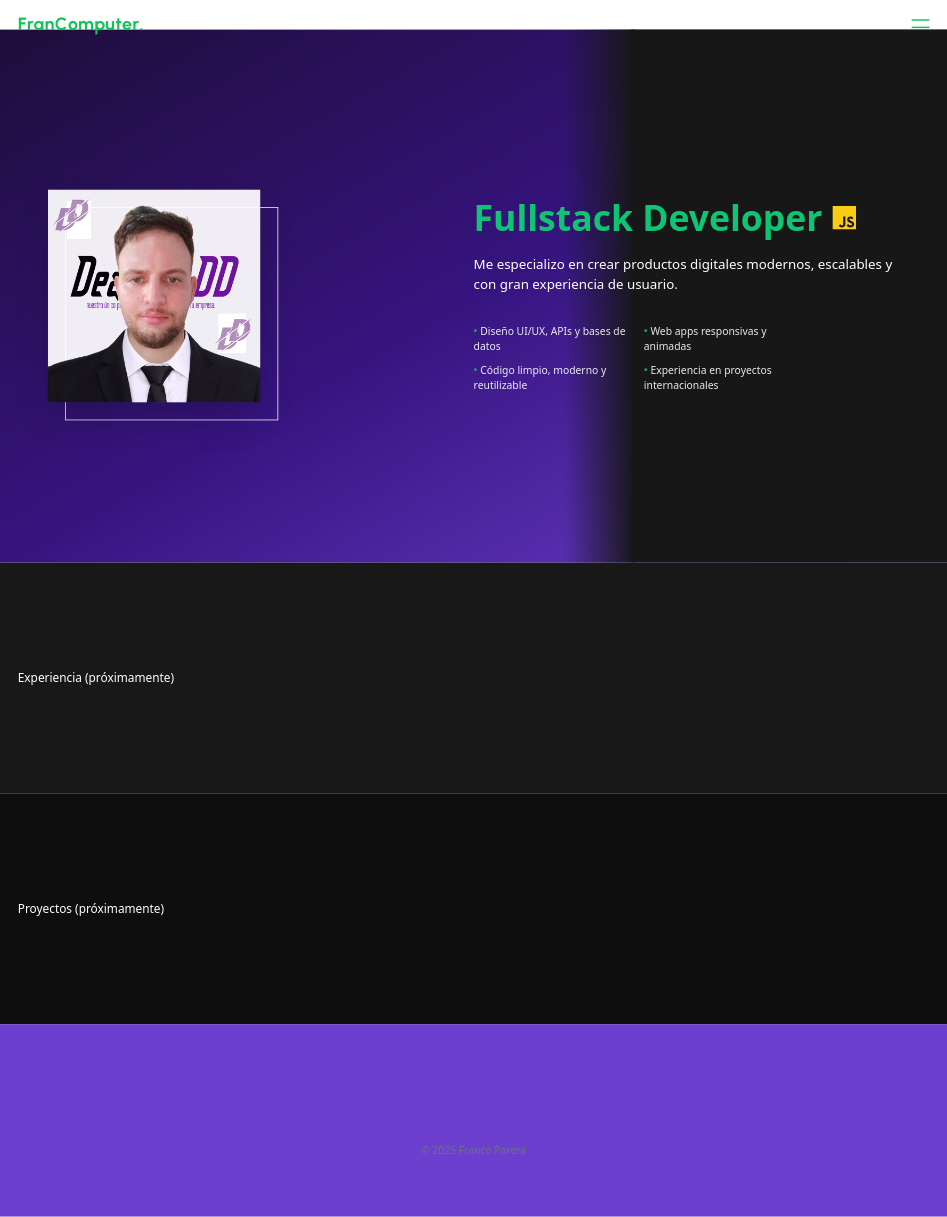
Repository: francoluca35/portfolio-franco-dev
Page: /
These files come from the project's save history. The page is drawn as it stood at one moment and after the next save; the edit follows.
The browser window is 1280 px wide. The pictures show the whole page, at 74% of full size.
The project was rebuilt for these pictures with package versions that can differ from the ones it lists, and the page was loaded fresh each time. The framework's server and built-in components were replaced by stand-ins that run in the browser. Also part of the build but not shown: next.config.js.

Above is the page before, as saved 2025-05-06 02:30:24.

### app/layout.jsx
import Nav from "../components/Nav";
import "../styles/globals.css";
import { Outfit } from "next/font/google";

export const metadata = {
  title: "Franco Parera | Desarrollador Web Fullstack",
  description:
    "Portfolio de Franco Parera, desarrollador web especializado en React, Next.js y soluciones escalables.",
  keywords:
    "desarrollador web, portfolio, frontend, backend, next.js, react, diseño web, SEO, Buenos Aires",
  authors: [{ name: "Franco Parera" }],
  creator: "Franco Parera",
  openGraph: {
    title: "Franco Parera | Desarrollador Web",
    description:
      "Conocé mis proyectos como desarrollador web fullstack. Diseño moderno, rendimiento y SEO.",
    url: "https://tusitio.com",
    siteName: "Franco Parera | Portfolio",
    images: [
      {
        url: "https://tusitio.com/og-image.jpg",
        width: 1200,
        height: 630,
        alt: "Imagen portfolio Franco",
      },
    ],
    locale: "es_AR",
    type: "website",
  },
  twitter: {
    card: "summary_large_image",
    title: "Franco Parera | Desarrollador Web",
    description:
      "Portfolio profesional de Franco Parera con proyectos reales, experiencia y habilidades técnicas.",
    images: ["https://tusitio.com/og-image.jpg"],
  },
};
const outfit = Outfit({
  subsets: ["latin"],
  weight: ["400", "600", "700"], // Podés ajustar los pesos
});

export default function RootLayout({ children }) {
  return (
    <html lang="es">
      <head>
        <meta name="viewport" content="width=device-width, initial-scale=1" />
        <link rel="icon" href="/favicon.ico" />
      </head>
      <body className="antialiased scroll-smooth outfit.className">
        <Nav />
        <div className="pt-20">{children}</div>{" "}
      </body>
    </html>
  );
}

### app/page.jsx
import Hero from "../components/Hero";
import Experience from "../components/Experience";
import Projects from "../components/Projects";
import Footer from "../components/Footer";

export default function HomePage() {
  return (
    <main>
      <section id="inicio">
        <Hero />
      </section>

      <section id="experiencia" className="bg-[#181818] text-white py-20 px-6">
        <Experience />
      </section>

      <section id="proyectos" className="bg-[#0E0E0E] text-white py-20 px-6">
        <Projects />
      </section>

      <section id="contacto" className="bg-[#6C3FCF] text-white py-20 px-6">
        <Footer />
      </section>
    </main>
  );
}

### components/Nav.jsx
"use client";

import { useState, useEffect } from "react";
import Link from "next/link";
import { motion, AnimatePresence } from "framer-motion";
import { FaGithub, FaInstagram, FaLinkedin } from "react-icons/fa";
import AnimatedLogo from "./AnimatedLogo";

const menuItems = [
  { href: "#inicio", label: "INICIO" },
  { href: "#experiencia", label: "EXPERIENCIA" },
  { href: "#proyectos", label: "PROYECTOS" },
  { href: "#contacto", label: "CONTACTO" },
];

export default function Nav() {
  const [isOpen, setIsOpen] = useState(false);
  const [scrolled, setScrolled] = useState(false);

  useEffect(() => {
    const handleScroll = () => {
      setScrolled(window.scrollY > 10);
    };
    window.addEventListener("scroll", handleScroll);
    return () => window.removeEventListener("scroll", handleScroll);
  }, []);

  return (
    <>
      <nav
        className={`fixed w-full px-6 py-4 flex justify-between items-center z-50 transition-colors duration-300 ${
          scrolled ? "bg-[#2b06364b] shadow-lg" : "bg-transparent"
        }`}
      >
        <AnimatedLogo />

        <button onClick={() => setIsOpen(true)} className="space-y-2">
          <span className="block w-6 h-0.5 bg-[#0fc555]"></span>
          <span className="block w-6 h-0.5 bg-[#0fc555]"></span>
        </button>
      </nav>

      <AnimatePresence>
        {isOpen && (
          <motion.div
            initial={{ y: "-100vh", opacity: 0 }}
            animate={{ y: 0, opacity: 1 }}
            exit={{ y: "-100vh", opacity: 0 }}
            transition={{
              type: "spring",
              stiffness: 100,
              damping: 15,
              bounce: 0.25,
              duration: 0.8,
            }}
            className="fixed inset-0 bg-[#2c1167] text-white flex flex-col items-center justify-center text-5xl font-extrabold z-50"
          >
            <button
              onClick={() => setIsOpen(false)}
              className="absolute top-6 right-8 text-lg font-bold hover:text-black"
            >
              close
            </button>

            <ul className="space-y-8 text-center">
              {menuItems.map((item, index) => (
                <motion.li
                  key={item.href}
                  initial={{ opacity: 0, y: 30 }}
                  animate={{ opacity: 1, y: 0 }}
                  transition={{ delay: 0.3 + index * 0.15 }}
                  className="hover:text-black hover:text-6xl transition-all duration-300"
                >
                  <Link href={item.href} onClick={() => setIsOpen(false)}>
                    {item.label}
                  </Link>
                </motion.li>
              ))}
            </ul>

            <div className="text-2xl mt-16 flex gap-8">
              <a
                href="https://www.linkedin.com/in/franco-parera/"
                target="_blank"
                rel="noopener noreferrer"
                className="hover:text-[#0077B5] transition-colors duration-300"
              >
                <FaLinkedin />
              </a>
              <a
                href="https://github.com/francoluca35"
                target="_blank"
                rel="noopener noreferrer"
                className="hover:text-[#010101] transition-colors duration-300"
              >
                <FaGithub />
              </a>
              <a
                href="https://www.instagram.com/franco.dev24/"
                target="_blank"
                rel="noopener noreferrer"
                className="hover:text-[#c550ff] transition-colors duration-300"
              >
                <FaInstagram />
              </a>
            </div>
          </motion.div>
        )}
      </AnimatePresence>
    </>
  );
}

### components/Hero.jsx
"use client";
import { motion } from "framer-motion";
import Image from "next/image";
import { FaJs } from "react-icons/fa";

export default function Hero() {
  return (
    <section
      aria-label="Presentación de Franco Parera como Fullstack Developer"
      className="relative w-full min-h-screen bg-gradient-to-br from-[#1f0d3a] via-[#36147f] to-[#6C3FCF] text-white px-4 sm:px-12 py-20 -mt-10 flex items-center justify-center"
    >
      {/* Fondo negro a la derecha */}
      <div className="hidden md:block absolute top-0 right-0 w-1/3 h-full bg-[#171717] z-0" />

      {/* Difuminado entre violeta y negro */}
      <div className="hidden md:block absolute top-0 right-[33%] w-24 h-full bg-gradient-to-r from-transparent to-[#171717] z-10" />

      {/* Contenido */}
      <div className="relative z-20 max-w-6xl w-full flex flex-col md:flex-row items-center md:items-center md:justify-between gap-10">
        {/* Imagen */}
        <motion.div
          initial={{ opacity: 0, scale: 0.95 }}
          animate={{ opacity: 1, scale: 1 }}
          transition={{ duration: 0.6 }}
          className="relative flex justify-center"
        >
          <div className="absolute top-6 left-6 w-60 h-60 sm:w-72 sm:h-72 border border-white z-0" />
          <div className="relative w-60 h-60 sm:w-72 sm:h-72 shadow-2xl overflow-hidden z-10">
            <Image
              src="/assets/yo-franco.png"
              alt="Franco Parera - desarrollador fullstack"
              fill
              className="object-cover"
              priority
            />
          </div>
        </motion.div>

        {/* Texto */}
        <div className="text-center md:text-left md:w-1/2 space-y-6">
          <motion.h1
            initial={{ opacity: 0, y: 20 }}
            animate={{ opacity: 1, y: 0 }}
            transition={{ duration: 0.6 }}
            className="text-3xl sm:text-4xl md:text-5xl font-extrabold text-[#0fc573] flex justify-center md:justify-start items-center gap-3 flex-wrap"
          >
            Fullstack Developer
            <FaJs className="text-yellow-400 text-3xl md:text-4xl" />
          </motion.h1>

          <motion.p
            initial={{ opacity: 0, y: 20 }}
            animate={{ opacity: 1, y: 0 }}
            transition={{ delay: 0.2, duration: 0.6 }}
            className="text-base sm:text-lg text-white max-w-xl mx-auto md:mx-0"
          >
            Me especializo en crear productos digitales modernos, escalables y
            con gran experiencia de usuario.
          </motion.p>

          {/* Lista de habilidades */}
          <motion.div
            initial={{ opacity: 0, y: 20 }}
            animate={{ opacity: 1, y: 0 }}
            transition={{ delay: 0.3, duration: 0.6 }}
            className="grid grid-cols-1 sm:grid-cols-2 gap-3 text-sm text-white/90 max-w-md mx-auto md:mx-0 pt-4"
          >
            <p>
              <span className="text-[#0fc555]">•</span> Diseño UI/UX, APIs y
              bases de datos
            </p>
            <p>
              <span className="text-[#0fc555]">•</span> Web apps responsivas y
              animadas
            </p>
            <p>
              <span className="text-[#0fc555]">•</span> Código limpio, moderno y
              reutilizable
            </p>
            <p>
              <span className="text-[#0fc555]">•</span> Experiencia en proyectos
              internacionales
            </p>
          </motion.div>
        </div>
      </div>
    </section>
  );
}

### components/Experience.jsx
export default function Experience() { return <section className="my-16">Experiencia (próximamente)</section>; }

### components/Projects.jsx
export default function Projects() { return <section className="my-16">Proyectos (próximamente)</section>; }

### components/Footer.jsx
export default function Footer() { return <footer className="mt-20 text-center text-sm text-gray-500">© 2025 Franco Parera</footer>; }

### components/AnimatedLogo.jsx
"use client";
import { useState, useEffect } from "react";
import { Outfit, Urbanist } from "next/font/google";
const outfit = Urbanist({
  subsets: ["latin"],
  weight: ["400", "700"],
});
export default function AnimatedLogo() {
  const leftFull = "Fran";
  const rightFull = "Computer";
  const base = "FC";

  const [left, setLeft] = useState("");
  const [right, setRight] = useState("");
  const [phase, setPhase] = useState("expand");
  const [step, setStep] = useState(0);

  useEffect(() => {
    let interval;

    if (phase === "expand") {
      interval = setInterval(() => {
        setLeft((prev) => {
          if (prev.length < leftFull.length - 1) {
            return leftFull.slice(1, prev.length + 2);
          }
          return prev;
        });

        setRight((prev) => {
          if (prev.length < rightFull.length - 1) {
            return rightFull.slice(1, prev.length + 2);
          }
          return prev;
        });

        setStep((prev) => {
          const next = prev + 1;
          if (next >= Math.max(leftFull.length - 1, rightFull.length - 1)) {
            clearInterval(interval);
            setTimeout(() => setPhase("pause"), 1200);
          }
          return next;
        });
      }, 100);
    }

    if (phase === "contract") {
      interval = setInterval(() => {
        setLeft((prev) => prev.slice(0, -1));
        setRight((prev) => prev.slice(0, -1));
        setStep((prev) => {
          const next = prev - 1;
          if (next <= 0) {
            clearInterval(interval);
            setTimeout(() => setPhase("expand"), 1000);
          }
          return next;
        });
      }, 60);
    }

    if (phase === "pause") {
      setTimeout(() => {
        setPhase("contract");
      }, 800);
    }

    return () => clearInterval(interval);
  }, [phase]);

  return (
    <h1
      className={`text-2xl font-bold text-[#0fc555] tracking-wide ${outfit.className}`}
    >
      F<span className="inline-block">{left}</span>C
      <span className="inline-block">{right}</span>
      <span className="text-[#0fc555] animate-pulse">.</span>
    </h1>
  );
}

### tailwind.config.js
/** @type {import('tailwindcss').Config} */
module.exports = {
  content: [
    "./app/**/*.{js,ts,jsx,tsx}",
    "./components/**/*.{js,ts,jsx,tsx}",
  ],
  darkMode: 'class',
  theme: {
    extend: {},
  },
  plugins: [],
}

Loaded but not shown: styles/globals.css (common file)

After the next save:
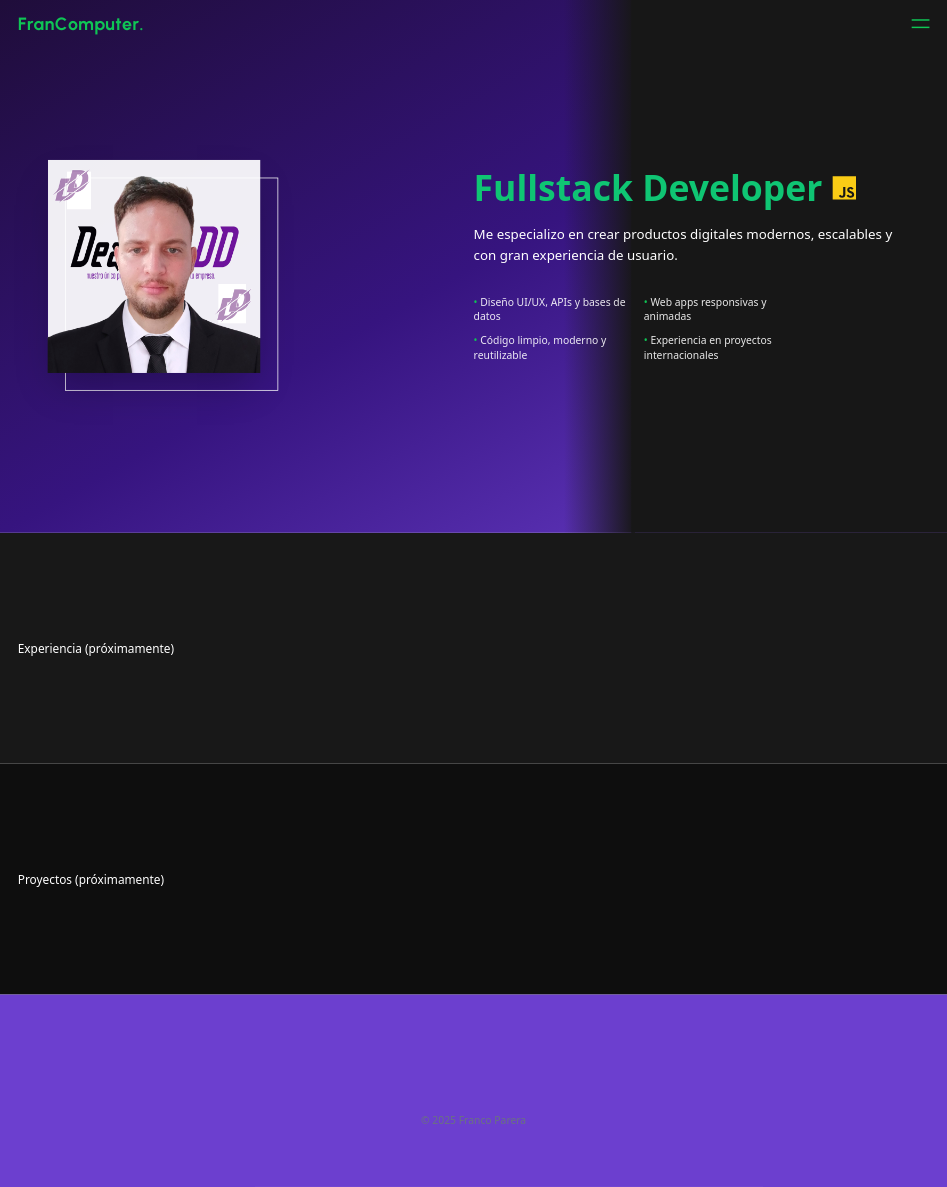
Saved 4 s later.
--- a/components/Hero.jsx
+++ b/components/Hero.jsx
@@ -7,7 +7,7 @@ export default function Hero() {
   return (
     <section
       aria-label="Presentación de Franco Parera como Fullstack Developer"
-      className="relative w-full min-h-screen bg-gradient-to-br from-[#1f0d3a] via-[#36147f] to-[#6C3FCF] text-white px-4 sm:px-12 py-20 -mt-10 flex items-center justify-center"
+      className="relative w-full min-h-screen bg-gradient-to-br from-[#1f0d3a] via-[#36147f] to-[#6C3FCF] text-white px-4 sm:px-12 py-20 -mt-20 flex items-center justify-center"
     >
       {/* Fondo negro a la derecha */}
       <div className="hidden md:block absolute top-0 right-0 w-1/3 h-full bg-[#171717] z-0" />
